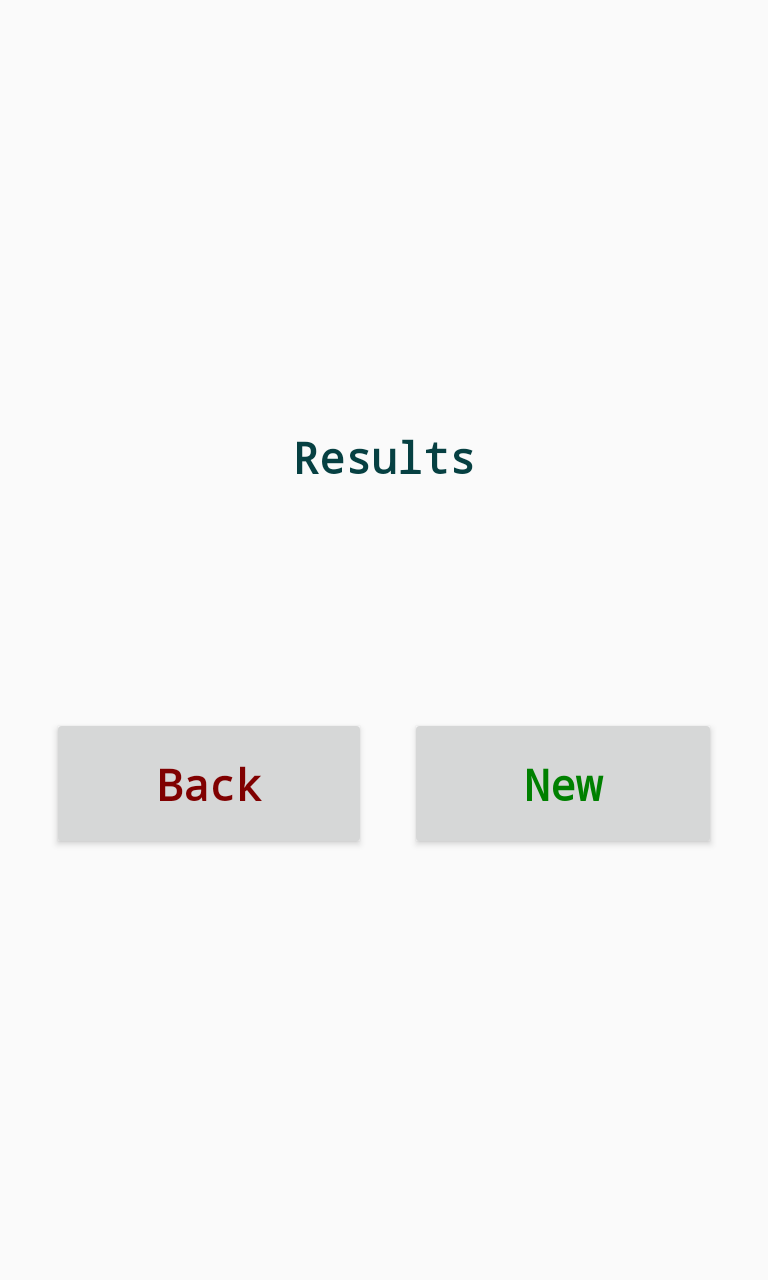
Repository: rontejada1991/Combinations-and-Permutations-Android-App
Layout: combinations/res/layout/activity_result.xml
An editor plug-in stored every save of this project. The layout is shown before and after the next save, followed by the edit.
It is drawn on a 768 x 1280 px phone screen (xhdpi) without system bars, with theme AppTheme; the app's code is not run.

Above is the layout before, as saved 2014-11-07 21:59:02.

After the next save:
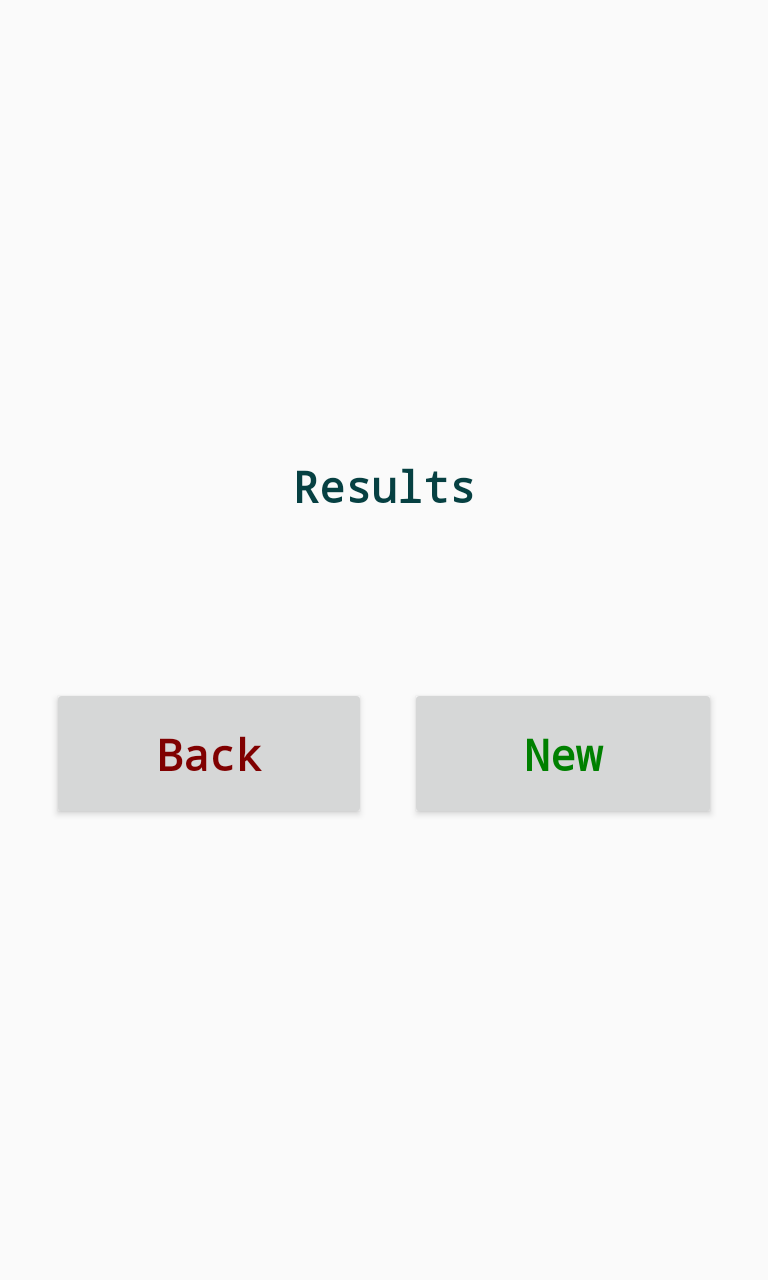
Saved 54 s later.
--- a/combinations/res/layout/activity_result.xml
+++ b/combinations/res/layout/activity_result.xml
@@ -22,7 +22,6 @@
 
     <ScrollView
 	    android:layout_width="fill_parent"
-	    android:layout_height="wrap_content"
 	    android:layout_marginBottom="20dp" >
 
     	<TextView

After the save that followed:
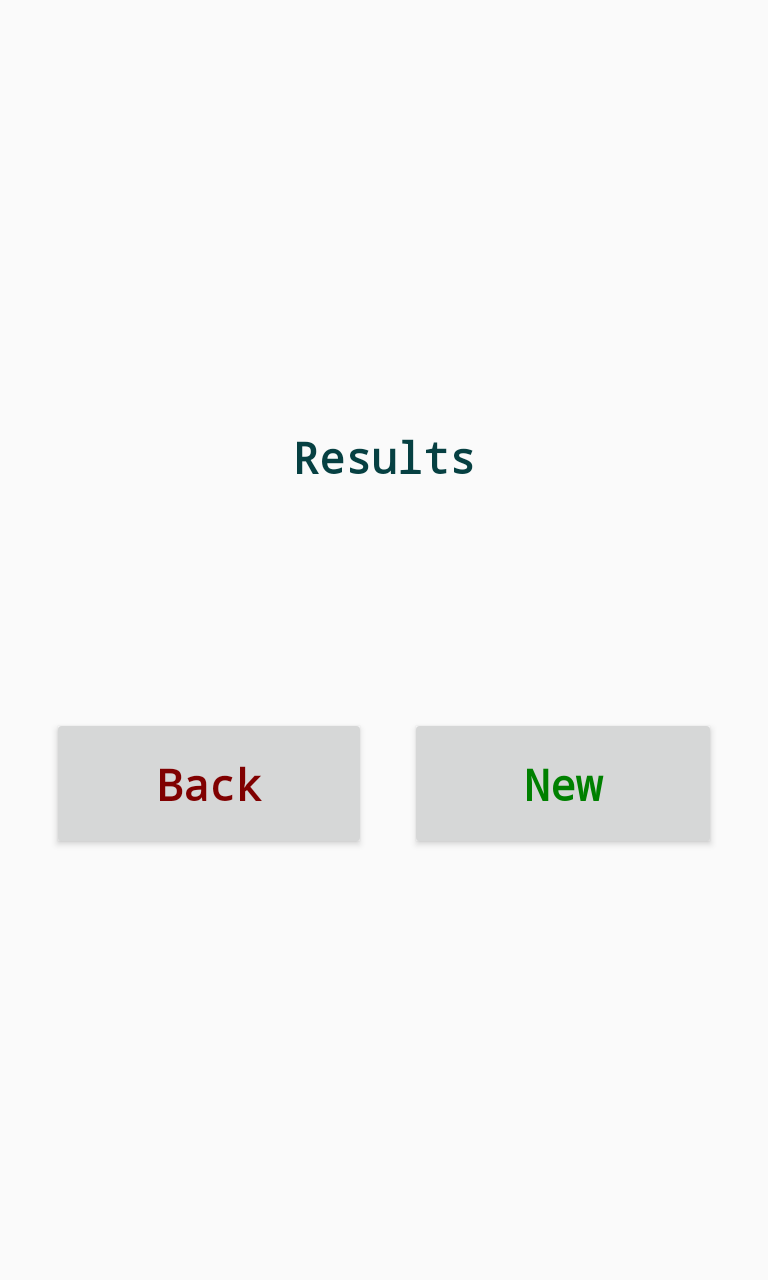
Saved 52 s later.
--- a/combinations/res/layout/activity_result.xml
+++ b/combinations/res/layout/activity_result.xml
@@ -22,12 +22,13 @@
 
     <ScrollView
 	    android:layout_width="fill_parent"
-	    android:layout_marginBottom="20dp" >
+	    android:layout_height="wrap_content" >
 
     	<TextView
 	        android:id="@+id/tv_result"
 	        style="@style/CodeFont"
-	        android:layout_width="fill_parent" />
+	        android:layout_width="fill_parent"
+	        android:layout_marginBottom="20dp" />
 
     </ScrollView>
 
